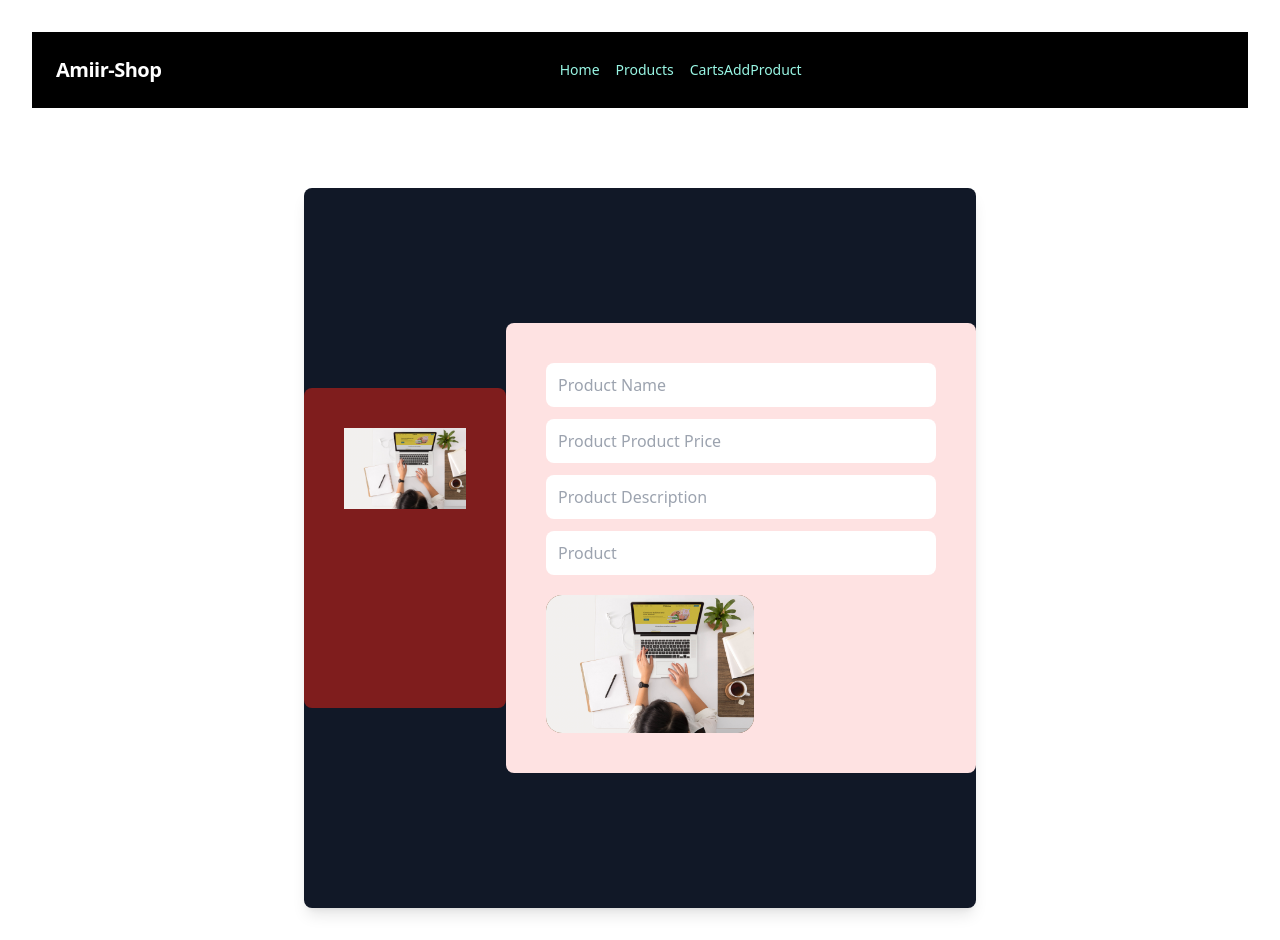
Repository: ENG-AMIIR-MUSE/ECommerce-app-using-react
Page: /addProducts
These files come from the project's save history. The page is drawn as it stood at one moment and after the next save; the edit follows.
The browser window is 1280 px wide. The pictures show the whole page.
The page's requests for data from a server got no answer. The project was rebuilt for these pictures with package versions that can differ from the ones it lists, and the page was loaded fresh each time. No one was signed in, and anything a server would have sent is missing. Also part of the build but not shown: vite.config.js, src/Components/productList.js, src/Components/productCard.js.

Above is the page before, as saved 2023-06-24 19:48:31.

After the next save:
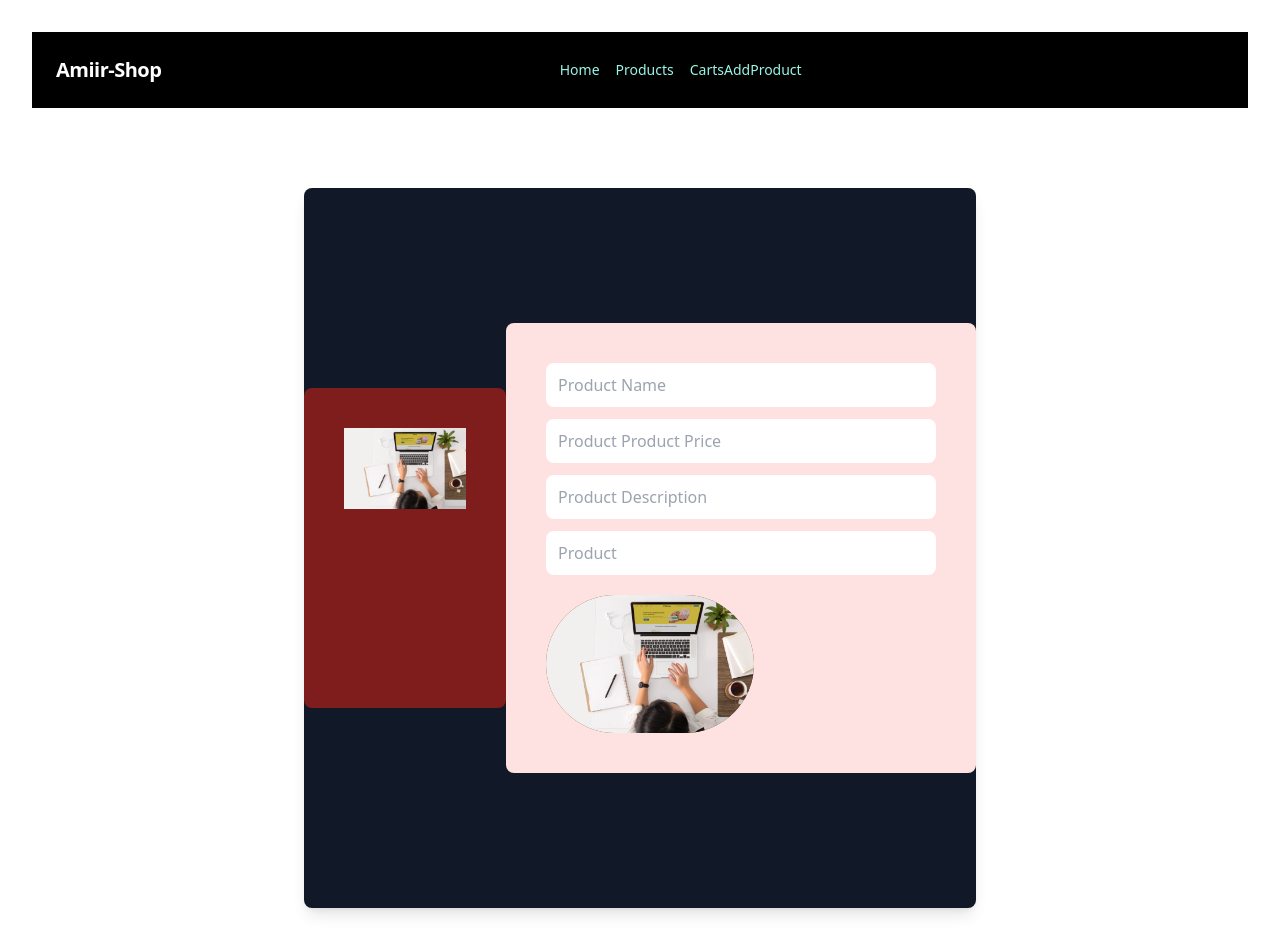
Saved 8 s later.
--- a/src/Components/AddProduct.jsx
+++ b/src/Components/AddProduct.jsx
@@ -16,7 +16,7 @@ const  AddProduct = ()=>{
           <input type="text"placeholder="Product Description" className="w-full rounded-lg h-11  pl-3"/>
            <input type="text" placeholder="Product"className="w-full rounded-lg h-11 pl-3 "/>
            <div>
-             <img src={reactsvg} alt="" className="rounded-2xl w-52 mt-5  max-w-md  object-contain bg-yellow-900" />
+             <img src={reactsvg} alt="" className="rounded-full w-52 mt-5  max-w-md  object-contain bg-yellow-900" />
            </div>
           </form>
           </div>
